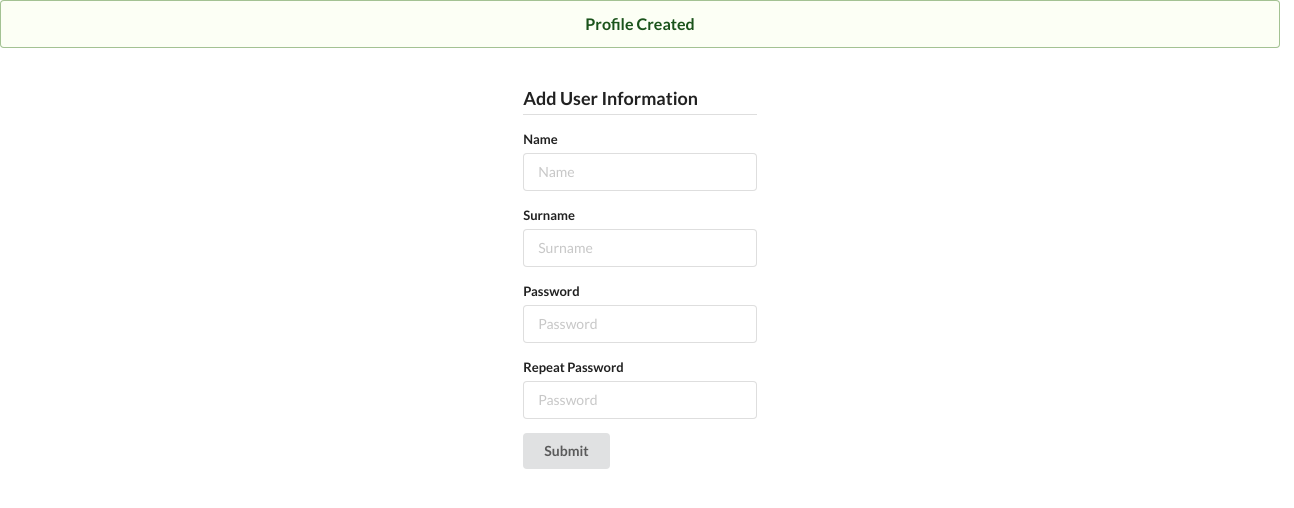
Repository: fabienpuissant/ASI_Atelier2
Page: card-market/src/main/resources/static/addUser.html
An editor plug-in stored every save of this project. The page is shown before and after the next save, followed by the edit.
The browser window is 1280 px wide. The page is 1294 px wide, so the pictures cover 1294 px, including what lies to the right of the window. The pictures show the whole page.

Above is the page before, as saved 2020-04-16 17:16:52.

After the next save:
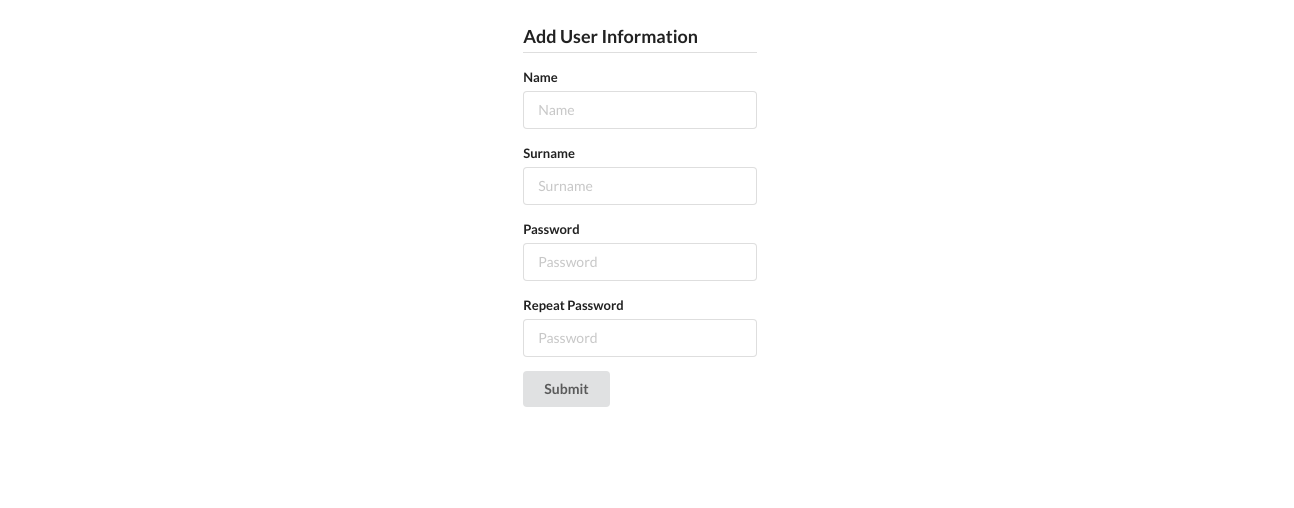
Saved 24 s later.
--- a/card-market/src/main/resources/static/js/addUser.js
+++ b/card-market/src/main/resources/static/js/addUser.js
@@ -3,6 +3,7 @@
 $(document).ready(function(){
 
 $("#errorbanner").hide();
+$("#successbanner").hide();
 
 $("#form").submit(function(event){
 
@@ -34,7 +35,9 @@ $("#form").submit(function(event){
 		  contentType:"application/json; charset=utf-8",
 		  dataType:"json",
 		  success: function( data ){
-			  console.log(data);
+			  if(data == "true") {
+				  $("#successbanner").show();
+			  }
 		  }
 		})
 
